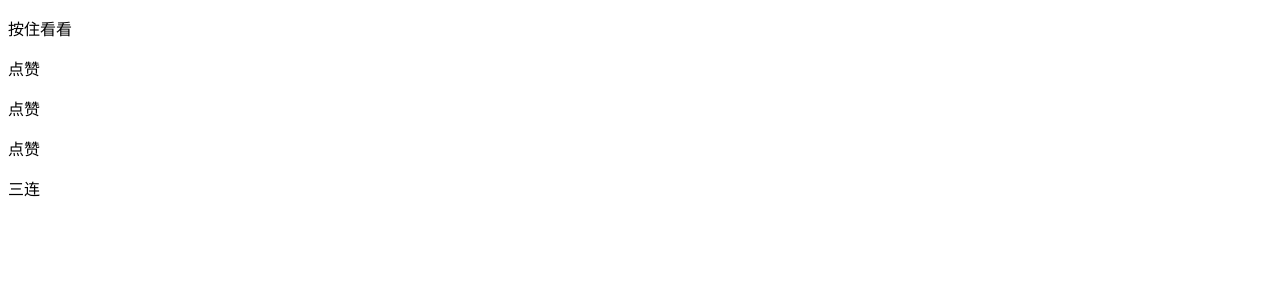
Repository: triumph-star/CSS-practice
Page: One CSS per day/overturn/index.html
An editor plug-in stored every save of this project. The page is shown before and after a run of saves, followed by the edit.
The browser window is 1280 px wide. The pictures show the whole page.

Above is the page before, as saved 2020-11-17 09:18:19.

After the next 3 saves:
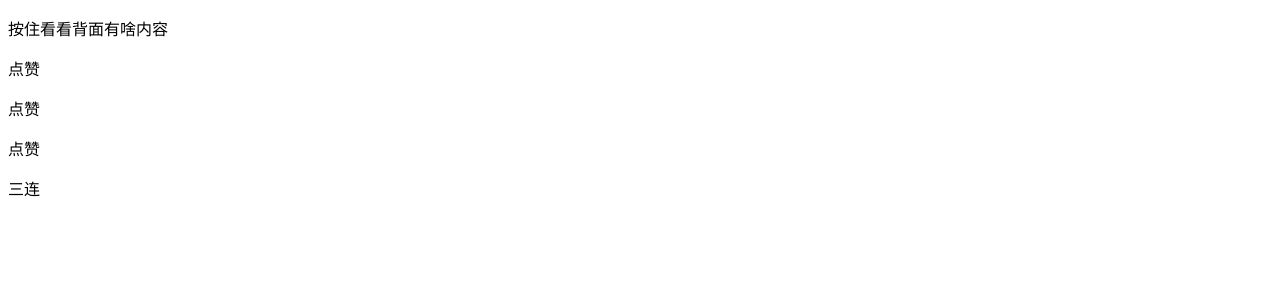
The 3 saves are shown as one change because they came seconds apart.
The last was saved 10 s later.
--- a/One CSS per day/overturn/index.html
+++ b/One CSS per day/overturn/index.html
@@ -8,7 +8,7 @@
 <body>
   <div class="card">
     <div class="card_front">
-      <p>按住看看</p>
+      <p>按住看看背面有啥内容</p>
     </div>
     <div class="card_back">
       <p>点赞</p>
